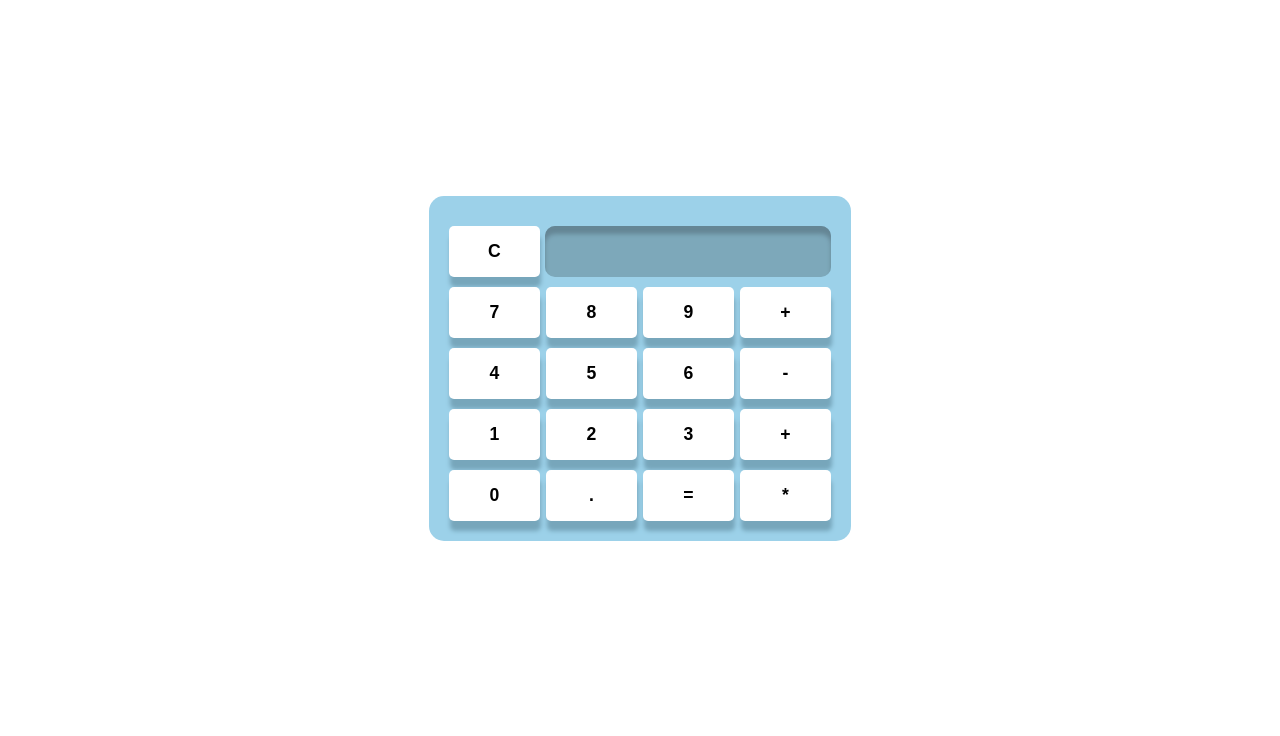
Repository: sem1103/calculator
Page: index.html
An editor plug-in stored every save of this project. The page is shown before and after the next save, followed by the edit.
The browser window is 1280 px wide. The pictures show the whole page.

Above is the page before, as saved 2023-11-01 19:56:51.

### index.html
<!DOCTYPE html>
<html lang="en">

<head>
    <meta charset="UTF-8">
    <meta name="viewport" content="width=device-width, initial-scale=1.0">
    <title>Calc</title>
    <style>
        * {
            box-sizing: border-box;
        }

        .calc__container {
            display: flex;
            justify-content: center;
            height: 100vh;
            align-items: center;
        }

        .calc__wrapper {
            max-width: 900px;
            background-color: #9cd1e9;
            padding: 20px;
            border-radius: 15px;
        }

        .calc__display {
            box-shadow: inset 0px 8px 4px 0px #658695;
            background-color: #7da8ba;
            flex: 1;
            border-radius: 10px;
        }

        .calc__main,
        .calc__header {
            display: flex;
            flex-direction: row;
            flex-wrap: wrap;
            justify-content: space-between;
            row-gap: 10px;
            column-gap: 5px;

        }

        .calc__header {
            margin: 10px 0;
        }

        button {
            padding: 15px 5px;
            text-align: center;
            background-color: #fff;
            box-shadow: 1px 10px 4px #77a6bb;
            flex-basis: calc(25% - 5px);
            border: 0;
            border-radius: 5px;
            cursor: pointer;
            font: bold 1.1rem arial;
        }
    </style>
</head>

<body>
    <div class="calc__container">
        <div class="calc__wrapper">
            <div class="calc__header">
                <button>C</button>
                <div class="calc__display">

                </div>
            </div>
            <div class="calc__main">
                <button>7</button>
                <button>8</button>
                <button>9</button>
                <button>+</button>
                <button>4</button>
                <button>5</button>
                <button>6</button>
                <button>-</button>
                <button>1</button>
                <button>2</button>
                <button>3</button>
                <button>+</button>
                <button>0</button>
                <button>.</button>
                <button>=</button>
                <button>*</button>
            </div>
        </div>
    </div>
</body>

</html>

After the next save:
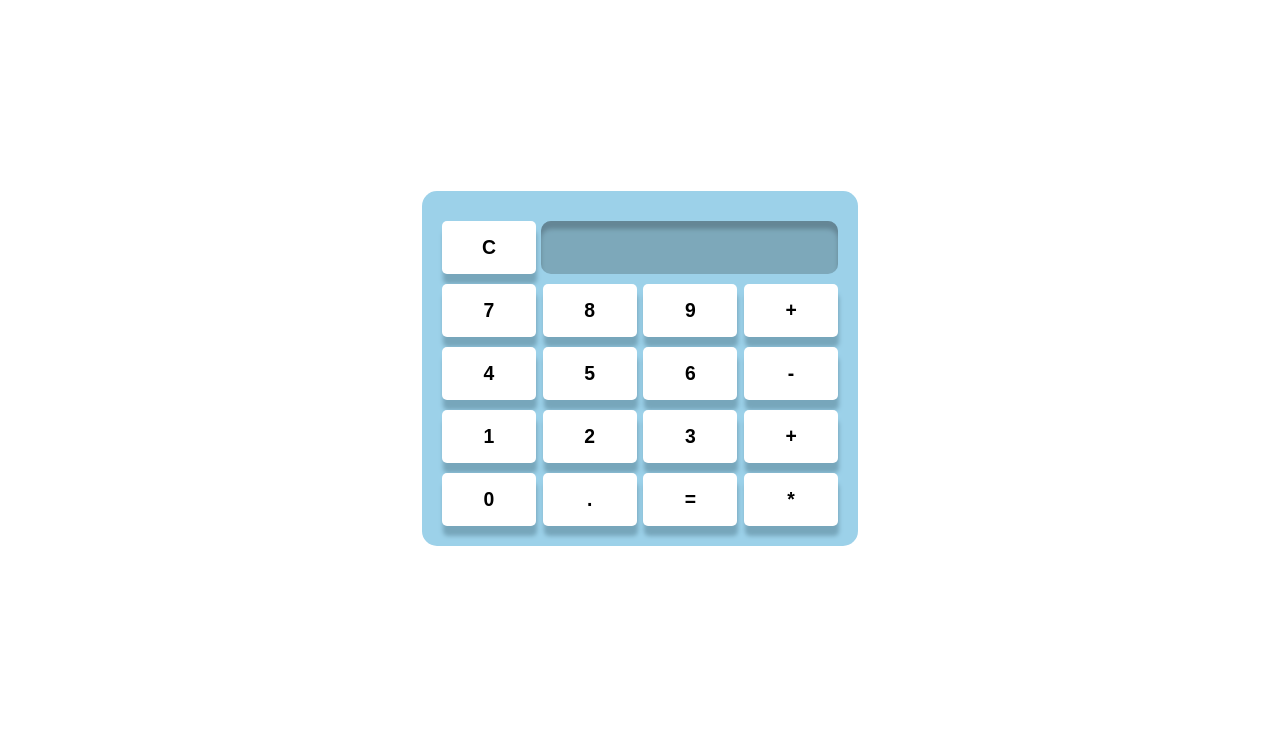
Saved 11 s later.
--- a/index.html
+++ b/index.html
@@ -8,6 +8,7 @@
     <style>
         * {
             box-sizing: border-box;
+            font: bold 1.1rem arial;
         }
 
         .calc__container {
@@ -55,7 +56,7 @@
             border: 0;
             border-radius: 5px;
             cursor: pointer;
-            font: bold 1.1rem arial;
+
         }
     </style>
 </head>
